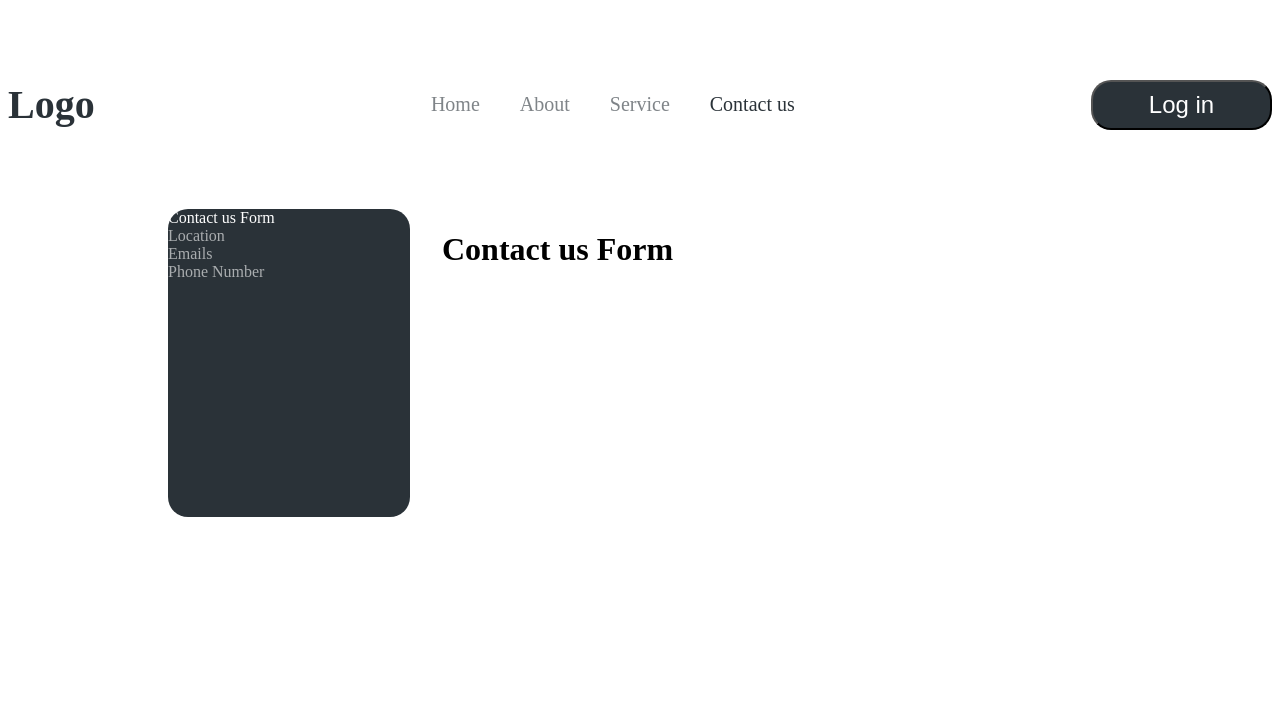
Repository: rehamtaher10/thirdReactTask
Page: /contact
The author's editor kept a copy of each file at every save. The page is drawn from the files as they stood at one save, then again after the next save.
The browser window is 1280 px wide. The pictures show the whole page.
The project was rebuilt for these pictures with package versions that can differ from the ones it lists, and the page was loaded fresh each time. Also part of the build but not shown: vite.config.js, src/components/HomePage/Home.jsx, src/components/AboutPage/About.jsx, src/components/ServicePage/Service.jsx.

Above is the page before, as saved 2024-11-27 23:07:11.

After the next save:
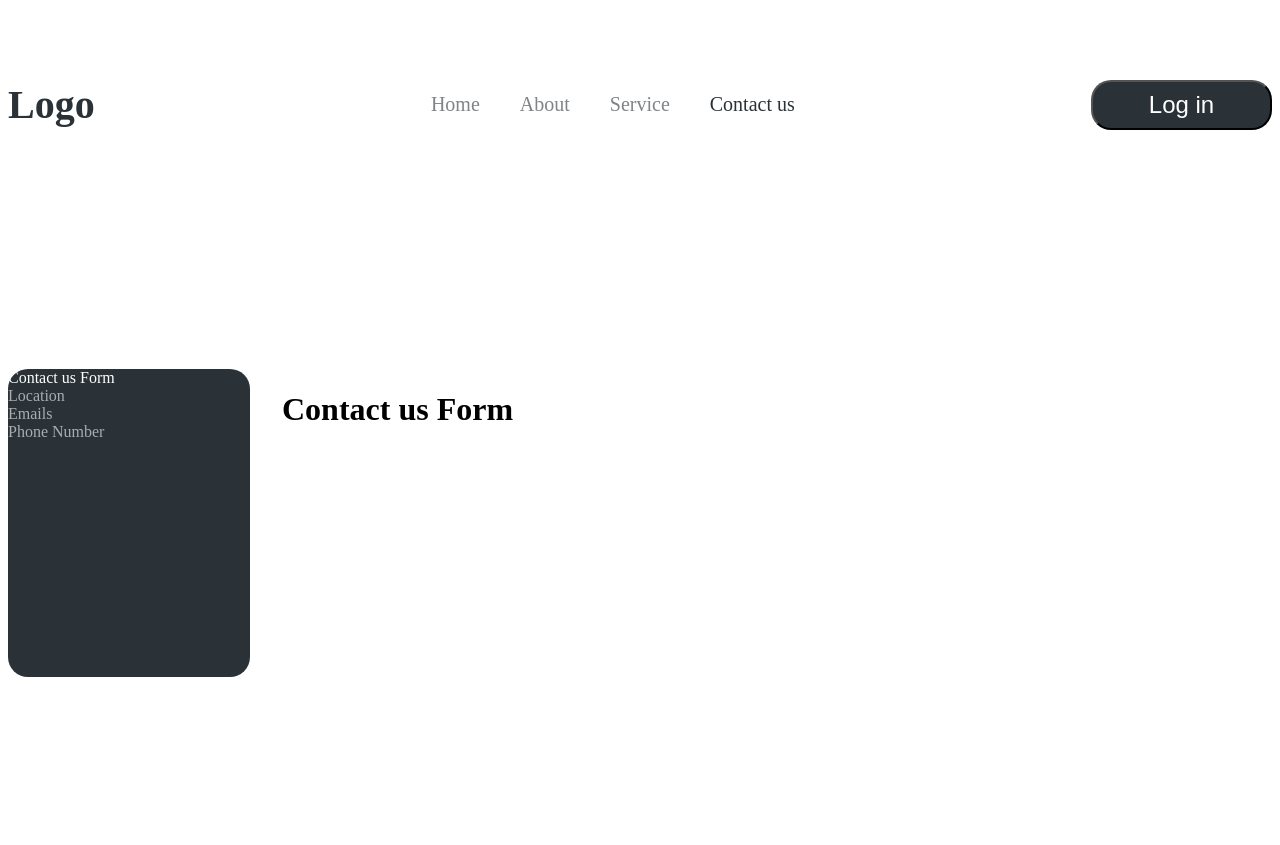
Saved 9 s later.
--- a/src/style/contactUs.css
+++ b/src/style/contactUs.css
@@ -1,7 +1,7 @@
 .contactUs{
     display: flex;
     gap: 2rem;
-    padding-inline: 10rem;
+    padding-block: 10rem;
 }
 .contact_content{
     text-align: center;
